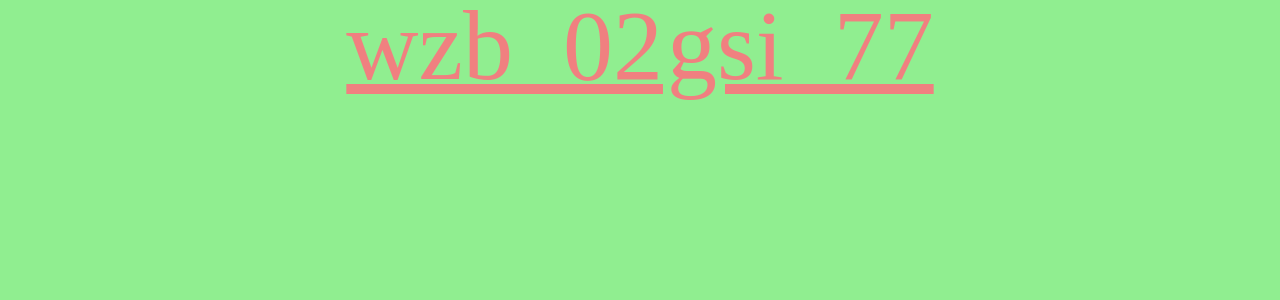
Repository: KHANas02/JS_first-lesson
Page: GIT.html
The author's editor kept a copy of each file at every save. The page is drawn from the files as they stood at one save, then again after a run of saves.
The browser window is 1280 px wide. The pictures show the whole page.

Above is the page before, as saved 2024-03-23 10:00:46.

### GIT.html
<!DOCTYPE html>
<html lang="en">
<head>
    <meta charset="UTF-8">
    <meta name="viewport" content="width=device-width, initial-scale=1.0">
    <title>Git Hub accounts</title>
    <link rel="stylesheet" href="./index.html">
    <style>
         body {
        background-color: lightgreen;
        text-align: center;
        position: relative;
        bottom: 20px;
      }
      a:hover {
        scale: 125%;
      }
      a {
        color: lightcoral;
        font-size: 100px;
        font-weight: 100px;
      }
    </style>
</head>
<body>
    <a href="https://github.com/KHANas02">wzb_02</a>
    <a href="https://github.com/saidagafurova">gsi_77</a>
</body>
</html>

### index.html
<!DOCTYPE html>
<html lang="en">
  <head>
    <meta charset="UTF-8" />
    <meta name="viewport" content="width=device-width, initial-scale=1.0" />
    <title>Market</title>
    <link rel="stylesheet" href="./style.css" />
  </head>
  <body>
    <video autoplay loop muted plays-inline class="background-video">
      <source
        src="https://github.com/ecemgo/mini-samples-great-tricks/assets/13468728/82f375e7-244f-4c21-90ac-9abd7549ed05"
        type="video/mp4"
      />
    </video>

    <input type="checkbox" id="check" />
    <label for="check" class="icons">
      <i class="bx bx-menu" id="menu-icon"></i>
      <i class="bx bx-x" id="close-icon"></i>
    </label>

    <nav class="navbar">
      <a target="_blank" href="#" class="nav-item" style="--i: 0">Home</a>
      <a target="_blank" href="#" class="nav-item" style="--i: 1">Book</a>
      <a target="_blank" href="#" class="nav-item" style="--i: 2">Favorites</a>
      <a target="_blank" href="#" class="nav-item" style="--i: 3">Contact</a>
      <a target="_blank" href="#" class="nav-item" style="--i: 4">About us</a>
      <a target="_blank" href="GIT.html" class="nav-item" style="--i: 5">GIT HUB</a>
      <a target="_blank" href="#" class="nav-item" style="--i: 6">Services</a>
      <a target="_blank" href="portfolio.html" class="nav-item" style="--i: 7"
        >Portfolio</a
      >
      <a target="_blank" href="sale.html" class="nav-item" style="--i: 6"
        >Sale</a
      >
      <a target="_blank" href="location.html" class="nav-item" style="--i: 6"
        >Our location</a
      >
      <a target="_blank" href="feedback.html" class="nav-item" style="--i: 8"
        >Feedback</a
      >
    </nav>

    <section class="content">
      <h1>Company</h1>
      <a href="#" class="btn light"></a>
    </section>

    <div class="container">
      <div class="card">
        <img src="photo_2024-02-25_17-26-45.jpg" />
        <div class="card__head">Costs:10.000 Sum</div>
      </div>
      <div class="card">
        <img src="photo_2024-02-26_21-07-56.jpg" />
        <div class="card__head">Costs:5.000 Sum</div>
      </div>

      <div class="card">
        <img src="photo_2024-02-26_21-07-54.jpg" />
        <div class="card__head">Costs:7.000 Sum</div>
      </div>

      <div class="card">
        <img src="photo_2024-03-22_22-08-20.jpg" />
        <div class="card__head">Costs:7.000 Sum</div>
      </div>
      <img class="card">
        <img src="photo_2024-03-22_22-21-49.jpg" />
        <div class="card__head">Costs:7.000 Sum</div>
      </img>
    </div>
  </body>
</html>

After the next 3 saves:
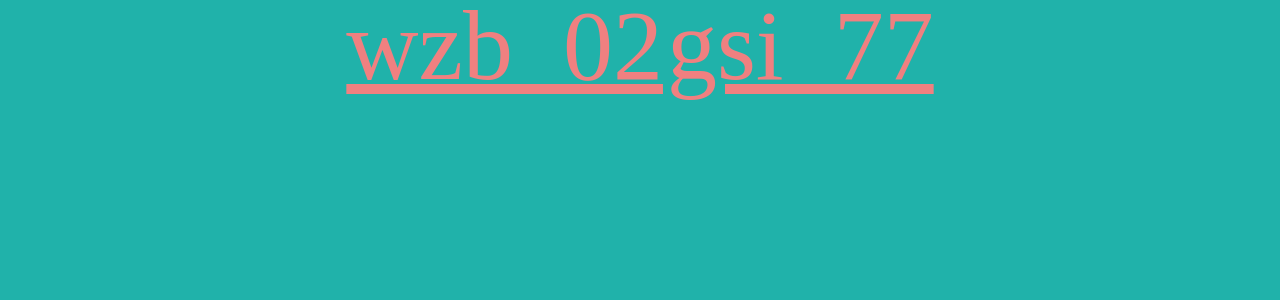
The 3 saves are shown as one change because they came seconds apart.
The last was saved 15 s later.
--- a/GIT.html
+++ b/GIT.html
@@ -7,7 +7,7 @@
     <link rel="stylesheet" href="./index.html">
     <style>
          body {
-        background-color: lightgreen;
+        background-color: lightseagreen;
         text-align: center;
         position: relative;
         bottom: 20px;
